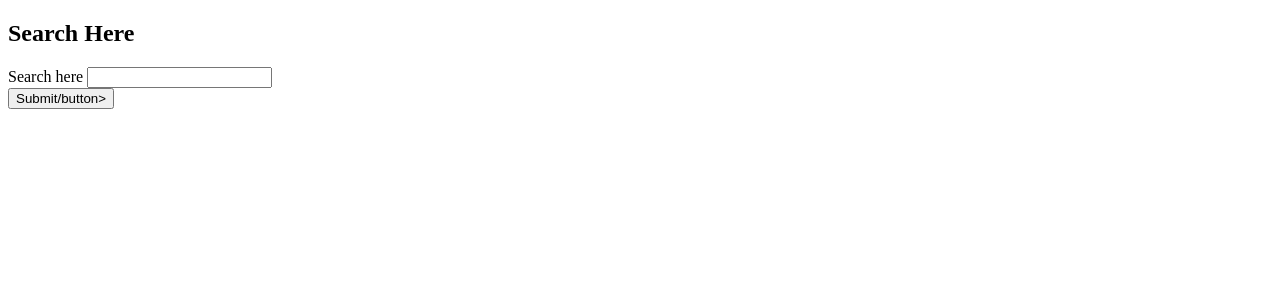
Repository: Mehakbatra496/Eclipse-Workspace
Page: A1_PracticeWebApp/src/main/webapp/index.html
The author's editor kept a copy of each file at every save. The page is drawn from the files as they stood at one save, then again after the next save.
The browser window is 1280 px wide. The pictures show the whole page.

Above is the page before, as saved 2024-04-25 14:39:03.

After the next save:
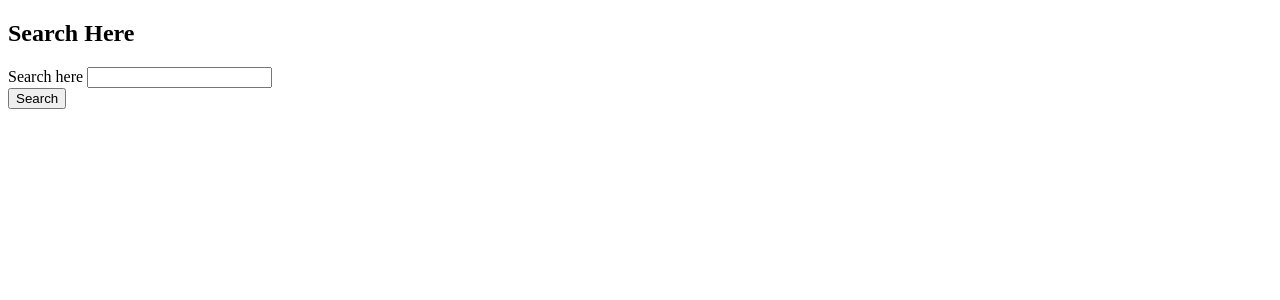
Saved 14 s later.
--- a/A1_PracticeWebApp/src/main/webapp/index.html
+++ b/A1_PracticeWebApp/src/main/webapp/index.html
@@ -16,7 +16,7 @@
 
 	<br>
 
-<button>Submit/button>
+<button>Search</button>
 
 	</form>
 
